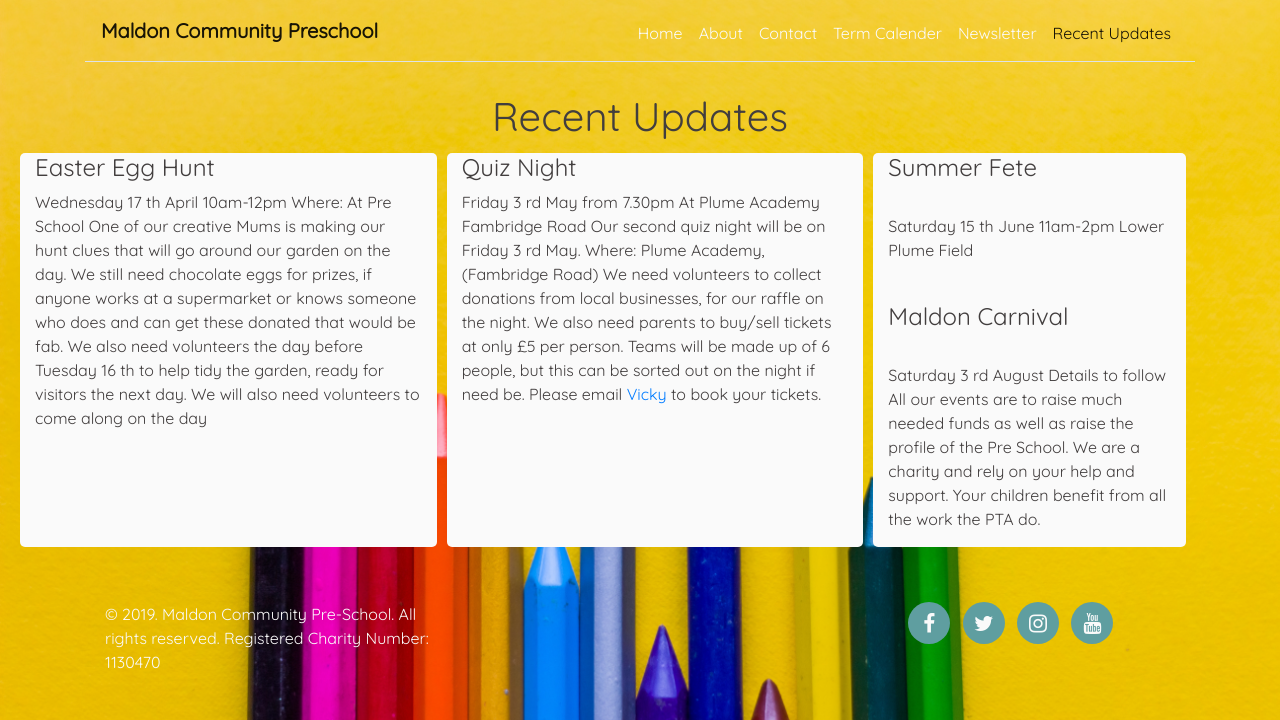
Repository: parkslee/milestone_1
Page: updates.html
The author's editor kept a record of every edit. The page is drawn from the files as they stood at one moment, then again after the next edit.
The browser window is 1280 px wide. The pictures show the whole page.
Some web libraries are served in a nearby version.

Above is the page before.

### updates.html
<!DOCTYPE html>
<html lang="en">

<head>
    <meta charset="UTF-8">
    <meta name="viewport" content="width=device-width, initial-scale=1.0">
    <meta http-equiv="X-UA-Compatible" content="ie=edge">
    <link rel="stylesheet" href="https://maxcdn.bootstrapcdn.com/bootstrap/4.2.1/css/bootstrap.min.css" type="text/css" />
    <link rel="stylesheet" href="https://maxcdn.bootstrapcdn.com/font-awesome/4.7.0/css/font-awesome.min.css" type="text/css" />
    <link rel="stylesheet" href="https://cdnjs.cloudflare.com/ajax/libs/hover.css/2.1.1/css/hover-min.css" type="text/css" />
    <link rel="stylesheet" href="assets\css\style.css">
    <title>Updates</title>
</head>

<body class="updates-image">

    <header>
        <!----------------------------------------------------------------navigation-->
        <div class="container">
            <nav class="navbar navbar-expand-lg navbar-light bg-light border-bottom update-nav">
                <a class="navbar-brand" href="./index.html">Maldon Community Preschool</a>
                <button class="navbar-toggler" type="button" data-toggle="collapse" data-target="#navbarNav" aria-controls="navbarNav" aria-expanded="false" aria-label="Toggle navigation">
                    <span class="navbar-toggler-icon"></span>
                </button>
                <div class="collapse navbar-collapse" id="navbarNav">
                    <ul class="navbar-nav text-center ml-auto">
                        <li class="nav-item">

                            <a class="nav-link" href="./index.html">Home </a>
                        </li>
                        <li class="nav-item">
                            <a class="nav-link" href="./about.html">About</a>
                        </li>
                        <li class="nav-item">
                            <a class="nav-link" href="./contact.html">Contact</a>
                        </li>
                        <li class="nav-item">
                            <a class="nav-link" href="./calender.html">Term Calender</a>
                        </li>
                        <li class="nav-item">
                            <a class="nav-link" href="./newsletter.html">Newsletter</a>
                        </li>
                        <li class="nav-item active">
                            <a class="nav-link" href="./updates.html">Recent Updates<span
                                    class="sr-only">(current)</span></a>
                        </li>
                    </ul>
                </div>
            </nav>
        </div>
    </header>

    <div class="updates">
        <div class="row">
            <div class="col">
                <h1>Recent Updates</h1>
            </div>
        </div>

        <div class="row">
            <!------------------same newsletter-blocks styling used----------->
            <div class="col-sm-12 col-md-4 newsletter-blocks">
                <h4>Easter Egg Hunt</h4>
                <p> Wednesday 17 th April 10am-12pm Where: At Pre School One of our creative Mums is making our hunt clues that will go around our garden on the day. We still need chocolate eggs for prizes, if anyone works at a supermarket or knows someone
                    who does and can get these donated that would be fab. We also need volunteers the day before Tuesday 16 th to help tidy the garden, ready for visitors the next day. We will also need volunteers to come along on the day</p>

            </div>
            <div class="col-sm-12 col-md-4 newsletter-blocks">
                <h4>Quiz Night</h4>
                <p> Friday 3 rd May from 7.30pm At Plume Academy Fambridge Road Our second quiz night will be on Friday 3 rd May. Where: Plume Academy, (Fambridge Road) We need volunteers to collect donations from local businesses, for our raffle on the night.
                    We also need parents to buy/sell tickets at only £5 per person. Teams will be made up of 6 people, but this can be sorted out on the night if need be. Please email <a class="email" href="mailto:vmitchell.mcps@hotmail.co.uk">Vicky</a>                    to book your tickets.

                </p>

            </div>

            <div class="col-sm-12 col-md-3 newsletter-blocks">
                <h4>Summer Fete</h4>
                <br>
                <p>Saturday 15 th June 11am-2pm Lower Plume Field</p>
                <br>
                <h4>Maldon Carnival</h4>
                <br>
                <p> Saturday 3 rd August Details to follow
                    <br> All our events are to raise much needed funds as well as raise the profile of the Pre School. We are a charity and rely on your help and support. Your children benefit from all the work the PTA do.</p>
            </div>
        </div>
    </div>





    <!---------------------------first footer only displayed on desktop view-------------------->
    <!------https://medium.com/wdstack/bootstrap-4-hidden-visible-dd969a4c5854 tutorial for display properties bootstrap---->
    <div class="container">
        <footer class="d-none d-md-block">



            <div id="footer-details" class="row">
                <div class="col-sm-4">
                    <p class="inline-block charity" style="color:#fafafa;">
                        © 2019. Maldon Community Pre-School. All rights reserved. Registered Charity Number: 1130470 </p>
                </div>

                <div class="col-sm-4 ml-auto">
                    <ul class="list-inline social-links">
                        <li class="list-inline-item">
                            <a target="_blank" href="https://facebook.com">
                                <i class="fa fa-facebook" aria-hidden="true"></i>
                                <span class="sr-only">Facebook</span>
                            </a>
                        </li>
                        <li class="list-inline-item">
                            <a target="_blank" href="https://twitter.com">
                                <i class="fa fa-twitter" aria-hidden="true"></i>
                                <span class="sr-only">Twitter</span>
                            </a>
                        </li>
                        <li class="list-inline-item">
                            <a target="_blank" href="https://instagram.com">
                                <i class="fa fa-instagram" aria-hidden="true"></i>
                                <span class="sr-only">Instagram</span>
                            </a>
                        </li>
                        <li class="list-inline-item">
                            <a target="_blank" href="https://youtube.com">
                                <i class="fa fa-youtube" aria-hidden="true"></i>
                                <span class="sr-only">YouTube</span>
                            </a>
                        </li>
                    </ul>
                </div>
            </div>
        </footer>
    </div>



    <!----second footer for mobile view (charity number hidden as to cluttered on mobile view)  -->
    <!------https://medium.com/wdstack/bootstrap-4-hidden-visible-dd969a4c5854 tutorial for display properties bootstrap---->
    <footer class="d-md-none">
        <div id="footer-mobile">
            <ul class="list-inline social-links">
                <li class="list-inline-item">
                    <a target="_blank" href="https://facebook.com">
                        <i class="fa fa-facebook" aria-hidden="true"></i>
                        <span class="sr-only">Facebook</span>
                    </a>
                </li>
                <li class="list-inline-item">
                    <a target="_blank" href="https://instagram.com">
                        <i class="fa fa-instagram" aria-hidden="true"></i>
                        <span class="sr-only">Instagram</span>
                    </a>
                </li>
                <li class="list-inline-item">
                    <a target="_blank" href="https://youtube.com">
                        <i class="fa fa-youtube" aria-hidden="true"></i>
                        <span class="sr-only">YouTube</span>
                    </a>
                </li>
            </ul>
        </div>
    </footer>


    <script src="https://code.jquery.com/jquery-3.3.1.slim.min.js" integrity="sha384-q8i/X+965DzO0rT7abK41JStQIAqVgRVzpbzo5smXKp4YfRvH+8abtTE1Pi6jizo" crossorigin="anonymous"></script>
    <script src="https://cdnjs.cloudflare.com/ajax/libs/popper.js/1.14.7/umd/popper.min.js" integrity="sha384-UO2eT0CpHqdSJQ6hJty5KVphtPhzWj9WO1clHTMGa3JDZwrnQq4sF86dIHNDz0W1" crossorigin="anonymous"></script>
    <script src="https://stackpath.bootstrapcdn.com/bootstrap/4.3.1/js/bootstrap.min.js" integrity="sha384-JjSmVgyd0p3pXB1rRibZUAYoIIy6OrQ6VrjIEaFf/nJGzIxFDsf4x0xIM+B07jRM" crossorigin="anonymous"></script>
</body>

</html>

### assets/css/style.css
@import url('https://fonts.googleapis.com/css?family=Quicksand&display=swap');

body {
    font-family: 'Quicksand', sans-serif;
}

/*---------------------------------------------------------index.html---------------*/

.bgimage {
    background-image: url(../images/home-bg.jpg);
    background-size: cover;
    height: 100vh;
    background-repeat: no-repeat;
}

.navbar-nav .nav-link {
    margin-top: 5px;

}

.navbar-brand{
    font-weight: bold;
    font-size:20px;
}

.navbar-light .navbar-nav .nav-link {
    color: #fafafa;
}

.bg-light-index {
background-color: rgb(147, 124, 203) !important;
}


.bg-light {
    background-color: rgb(255, 255, 255, 0.0) !important;
}

.jumbotron {
    margin: 5% 5%;
    box-shadow: 10px 10px rgb(95, 158, 160, 0.5);
    background-color: rgb(255, 240, 245, 0.8);
}



.btn-primary {
    color: #fafafa;
    background-color: #866ecd;
    border-color: #866ccd;
}

.newsletter {
    background-color: #fafafa;
    position: relative;
    color: #423e3e;
    margin-bottom: 20px;

    padding: 30px;
    border-radius: 5%;

}

.newsletter h1 {
    padding-top: 5px;
    text-align: center;
}

.updates-index {
    background-color: rgb(95, 158, 160);
    color: #423e3e;
    margin-bottom: 20px;
    border-radius: 5%;
    padding: 50px;
}

.updates-index h1 {
    text-align: center;
}


/*-------------------------------------------------------footer------------*/

.social-links {
    padding-bottom: 0px;
}

.social-links li a i {
    width: 42px;
    height: 42px;
    padding: 12px 0;
    border-radius: 50%;
    font-size: 21px;
    line-height: 19px;
    text-align: center;
    color: #fafafa;
    background: cadetblue;
    transition: all 0.35s ease-in-out;
    -moz-transition: all 0.35s ease-in-out;
    -webkit-transition: all 0.35s ease-in-out;
    -o-transition: all 0.35s ease-in-out;
}

.social-links li a i:hover {
    background: #dc3545;
}

#footer-details {
    padding: 20px;
    background-color: rgb(255, 255, 255, 0.0);
    position: relative;
    left: 0;
    bottom: 0;
}

#footer-mobile {
    padding: 20px;
    background-color: rgb(255, 255, 255, 0.0);
    width: 100%;
    text-align: center;
}

/*---------------------------------------------------------------contact page--------------------*/

.contact-image {
    background-image: url(../images/contact-bg.jpg);
    background-size: cover;
    height: 100%;
    background-repeat: no-repeat;
}

.bg-light-contact{
background-color: rgb(199, 208, 217) !important;
}

form {
    margin: 20px;
}

.form-control {
    background-color: rgb(255, 240, 245, 0.8);
}

.contact-btn {
    background-color: cadetblue;
    border-color: cadetblue;
}

.emergency-contact {
    text-align: center;
    color: #000100;
}

/*------------------------------------------------------------------------- About--------------*/

.about-image {
    background-image: url(../images/about-bg.jpg);
    background-size: cover;
    height: 100%;
    background-repeat: no-repeat;
    background-position: 55%;

}

.about-content {
    text-align: center;
    color: #423e3e;
    margin-top: 20px;

}

.about-header{
    color: #fafafa;
}

.about-nav {
    color: black;
}

/*-------------------------------------------------------------------------calender---------------*/

.calender-image {
    background-image: url(../images/pencil_glass.jpg);
    background-size: cover;
    height: 100%;
    background-repeat: no-repeat;
    background-position: 55%;

}

/*------------------------------------------time line--------------------*/

/*-------bootstrap time line - https://bootsnipp.com/snippets/OzQj-------*/

.timeline {
    list-style: none;
    padding: 20px 0 20px;
    position: relative;
}

.timeline:before {
    top: 0;
    bottom: 0;
    position: absolute;
    content: " ";
    width: 3px;
    background-color: #eeeeee;
    left: 50%;
    margin-left: -1.5px;
}

.timeline>li {
    margin-bottom: 20px;
    position: relative;
}

.timeline>li:before,
.timeline>li:after {
    content: " ";
    display: table;
}

.timeline>li:after {
    clear: both;
}

.timeline>li:before,
.timeline>li:after {
    content: " ";
    display: table;
}

.timeline>li:after {
    clear: both;
}

.timeline>li>.timeline-panel {
    width: 46%;
    float: left;
    border: 1px solid #d4d4d4;
    border-radius: 2px;
    padding: 20px;
    background-color: #fafafa;
    position: relative;
    -webkit-box-shadow: 0 1px 6px rgba(0, 0, 0, 0.175);
    box-shadow: 0 1px 6px rgba(0, 0, 0, 0.175);
}

.timeline>li>.timeline-panel:before {
    position: absolute;
    top: 26px;
    right: -15px;
    display: inline-block;
    border-top: 15px solid transparent;
    border-left: 15px solid #ccc;
    border-right: 0 solid #ccc;
    border-bottom: 15px solid transparent;
    content: " ";
}

.timeline>li>.timeline-panel:after {
    position: absolute;
    top: 27px;
    right: -14px;
    display: inline-block;
    border-top: 14px solid transparent;
    border-left: 14px solid #fff;
    border-right: 0 solid #fff;
    border-bottom: 14px solid transparent;
    content: " ";
}

.timeline>li>.timeline-badge {
    color: #fff;
    width: 50px;
    height: 50px;
    line-height: 50px;
    font-size: 1.4em;
    text-align: center;
    position: absolute;
    top: 16px;
    left: 50%;
    margin-left: -25px;
    background-color: #999999;
    z-index: 100;
    border-top-right-radius: 50%;
    border-top-left-radius: 50%;
    border-bottom-right-radius: 50%;
    border-bottom-left-radius: 50%;
}

.timeline>li.timeline-inverted>.timeline-panel {
    float: right;
}

.timeline>li.timeline-inverted>.timeline-panel:before {
    border-left-width: 0;
    border-right-width: 15px;
    left: -15px;
    right: auto;
}

.timeline>li.timeline-inverted>.timeline-panel:after {
    border-left-width: 0;
    border-right-width: 14px;
    left: -14px;
    right: auto;
}

.timeline-badge.primary {
    background-color: #2e6da4 !important;
}

.timeline-badge.success {
    background-color: #3f903f !important;
}

.timeline-badge.warning {
    background-color: #28a745 !important;
}

.timeline-badge.danger {
    background-color: #d9534f !important;
}

.timeline-badge.info {
    background-color: #5bc0de !important;
}

.timeline-title {
    margin-top: 0;
    color: inherit;
}

.timeline-body>p,
.timeline-body>ul {
    margin-bottom: 0;
}

.timeline-body>p+p {
    margin-top: 5px;
}

@media (max-width: 767px) {
    ul.timeline:before {
        left: 40px;
    }

    ul.timeline>li>.timeline-panel {
        width: calc(100% - 90px);
        width: -moz-calc(100% - 90px);
        width: -webkit-calc(100% - 90px);
    }

    ul.timeline>li>.timeline-badge {
        left: 15px;
        margin-left: 0;
        top: 16px;
    }

    ul.timeline>li>.timeline-panel {
        float: right;
    }

    ul.timeline>li>.timeline-panel:before {
        border-left-width: 0;
        border-right-width: 15px;
        left: -15px;
        right: auto;
    }

    ul.timeline>li>.timeline-panel:after {
        border-left-width: 0;
        border-right-width: 14px;
        left: -14px;
        right: auto;
    }
}

/*----------------------------------------------------------------newsletter.html-------------*/

.newsletter-image {
    background-image: url(../images/newsletter-bg.jpg);
    background-size: cover;
    height: 100%;
    background-repeat: no-repeat;
    background-position: 75%;
}



.newsletter-content {
    color: #423e3e;
    padding: 30px;
}

.newsletter-content h1 {
    text-align: center;
}

.newsletter-blocks {
    background-color: #fafafa;
    border-radius: 5px;
    margin: 5px;

}

.newsletter-opener {
    text-align: center;
    padding: 10px;
}



/*------------------------------------------------------------------updates.html-----------*/

.updates-image {
    background-image: url(../images/crayon-bg.jpg);
    background-size: cover;
    height: 100%;
    background-repeat: no-repeat;
    background-position: 50%;
}

.updates {
    color: #423e3e;

    padding: 30px;
}

.updates h1 {

    text-align: center;
}


.update-blocks {
    background-color: #fafafa;
    border-radius: 5%;
    margin: 5px;

}


/*------------------------------------------------------------------------- media----------*/

@media only screen and (min-width: 768px) {


    .footer-details {
        position: absolute;
    }

    /*---contact page----*/
    form {
        margin: 50px;
    }

    .contact-image {
        height: 100%;

    }

    .bgimage {

        background-size: cover;
        height: 100%;
        background-repeat: no-repeat;
    }

    .list-inline {
    padding-left: 70px;

}



}

After the next edit:
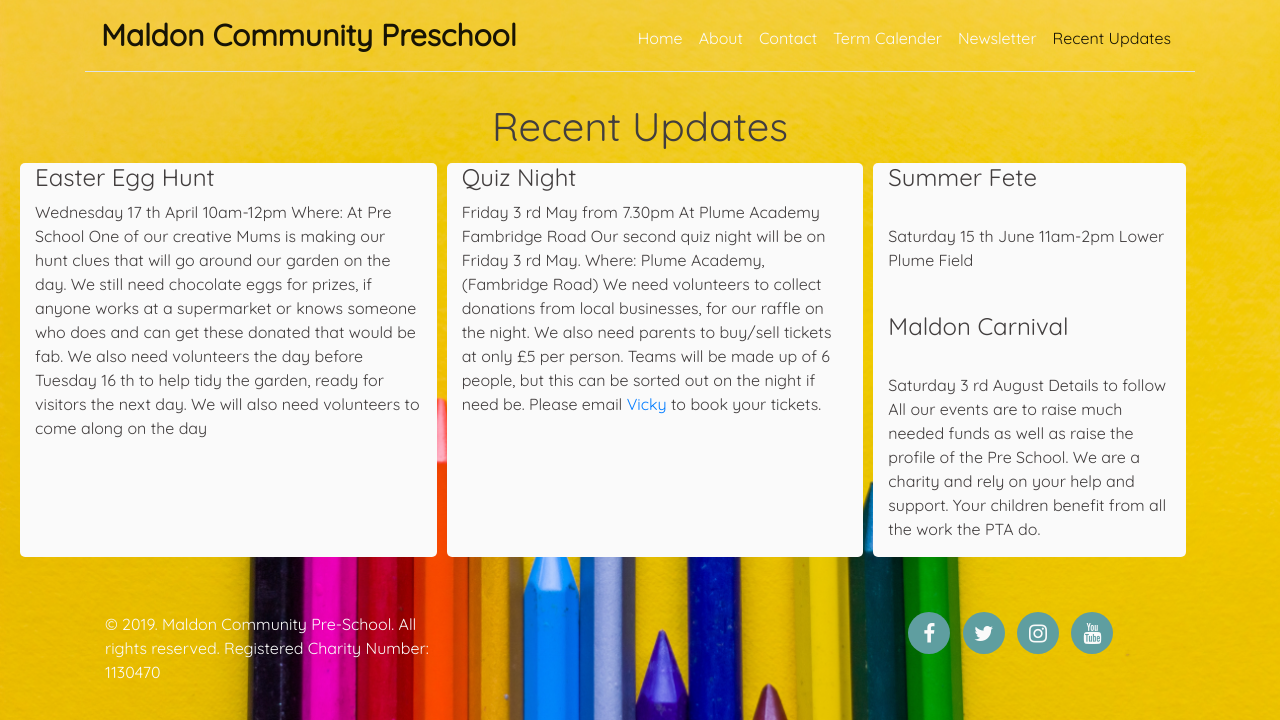
The edit:
--- a/assets/css/style.css
+++ b/assets/css/style.css
@@ -473,6 +473,11 @@
 
 }
 
-
-
-}
+.navbar-brand{
+
+    font-size:30px;
+}
+
+
+
+}
